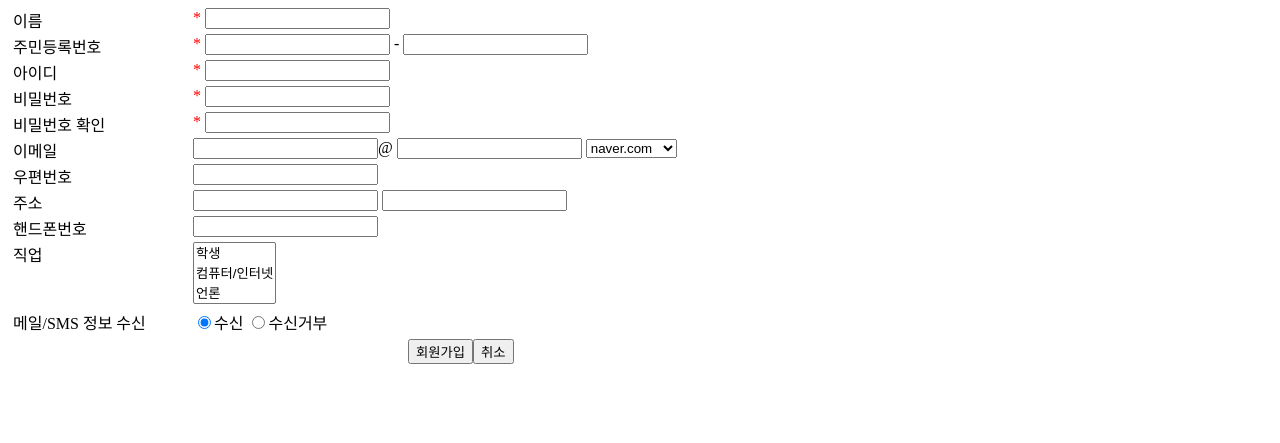
Repository: BartsimisraB/JavaPractice_
Page: http://localhost/JSPpractice2/Join.jsp
The author's editor kept a copy of each file at every save. The page is drawn from the files as they stood at one save, then again after the next save.
The browser window is 1280 px wide. The pictures show the whole page.
The page is served by Tomcat 9. Other server files are loaded and not shown.

Above is the page before, as saved 2023-01-12 05:47:52.

### JSPpractice2/src/main/webapp/Join.jsp
<%@ page language="java" contentType="text/html; charset=UTF-8"
    pageEncoding="UTF-8"%>
<!DOCTYPE html>
<html>
<head>
<meta charset="UTF-8">
<title>Insert title here</title>
    <link rel="stylesheet" href="./Join.css">
    <script defer src="Join.js"></script>
</head>
<body>
    <form name="fr" action = "JoinServlet" method = "get">
      <div>
        <label class="topic" for="name">이름</label><span>*</span> <input type="text" name="name"/>
      </div>
      <div>
        <label class="topic" for="pernum">주민등록번호</label><span>*</span> <input type="text" name="pernum" /> - <input type="password" name="pernum" />
      </div>
      <div>
        <label class="topic" for="id">아이디</label><span>*</span> <input type="text" name="id"/>
      </div>
      <div>
        <label class="topic" for="pw">비밀번호</label><span>*</span> <input type="password" name="pw" />
      </div>
      <div>
        <label class="topic" for="pwcheck">비밀번호 확인</label><span>*</span> <input type="password" name="pwcheck"/>
      </div>
      <div>
        <label class="topic">이메일</label>
        <input type="text" name="email1" id="email1"/>@
        <input type="text" name="email2" id="email2"/>
        <select name = "selectEmail" id="selectEmail" onChange="checkemail();">
         	<option value="1">직접 입력</option>
         	<option value="naver.com" selected>naver.com</option>
	 		<option value="hanmail.net">hanmail.net</option>
	 		<option value="nate.com">nate.com</option>
	 		<option value="gmail.com">gmail.com</option>
        </select>
      </div>
      <div>
        <label class="topic" for="addrnum">우편번호</label><input type="text" name="addrnum"/>
      </div>
      <div>
        <label class="topic" for="addr">주소</label><input type="text" name="addr" /> <input type="text" name="addr" />
      </div>
      <div>
        <label class="topic" for="phone">핸드폰번호</label><input type="text" name="phone" />
      </div>
      <div>
        <label class="topic" for="job">직업</label>
        <select id="job" name="job" size="3" >
            <option value="학생">학생</option>
            <option value="컴퓨터/인터넷">컴퓨터/인터넷</option>
            <option value="언론">언론</option>
        </select>
      </div>
      <div>
        <label class="topic" for="info">메일/SMS 정보 수신</label>
            <input type="radio" name="info" id="info" value="ok" checked/>수신
            <input type="radio" name="info" id="info" value="no" />수신거부
      </div>
        <input id="confirm" type="button" value="회원가입" onclick="checkform()"><input type="reset" value="취소">
    </form>
</body>
</html>

### JSPpractice2/src/main/webapp/Join.css
@charset "UTF-8";
form > div{
    margin: 5px 5px;
}
form > div >span{
    color: red;
}
.topic{
    display: inline-block;
    width: 180px;
}
#button{
    margin-left: 250px;
    float: left;
}
.topic, .topic > input{
    float: left;
}
#confirm {
    margin-left: 400px;
}

Loaded but not shown: JSPpractice2/src/main/webapp/Join.js (no copy from this time; the picture is the same without it)

After the next save:
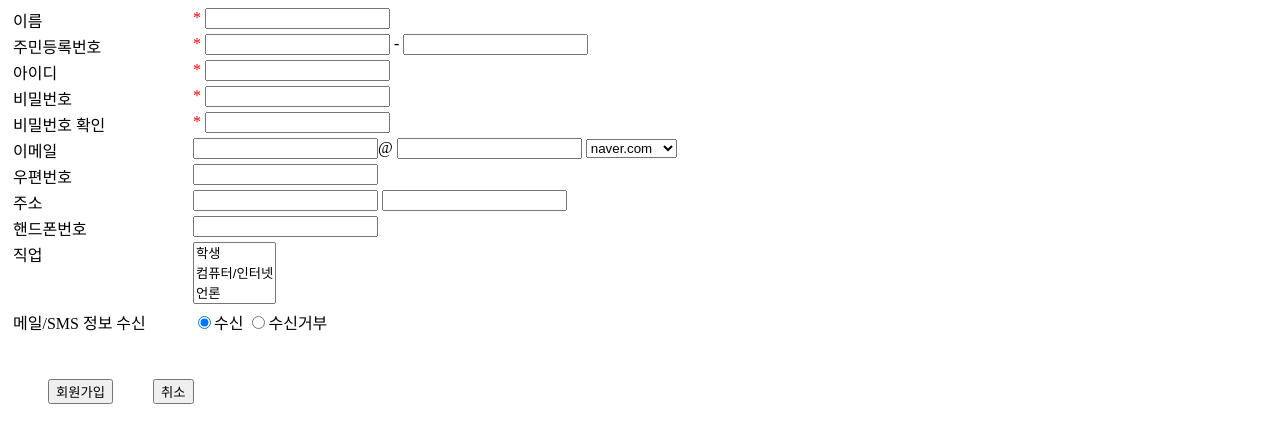
Saved 26 min 28 s later.
--- a/JSPpractice2/src/main/webapp/Join.css
+++ b/JSPpractice2/src/main/webapp/Join.css
@@ -17,5 +17,5 @@ form > div >span{
     float: left;
 }
 #confirm {
-    margin-left: 400px;
+    margin: 40px;
 }
